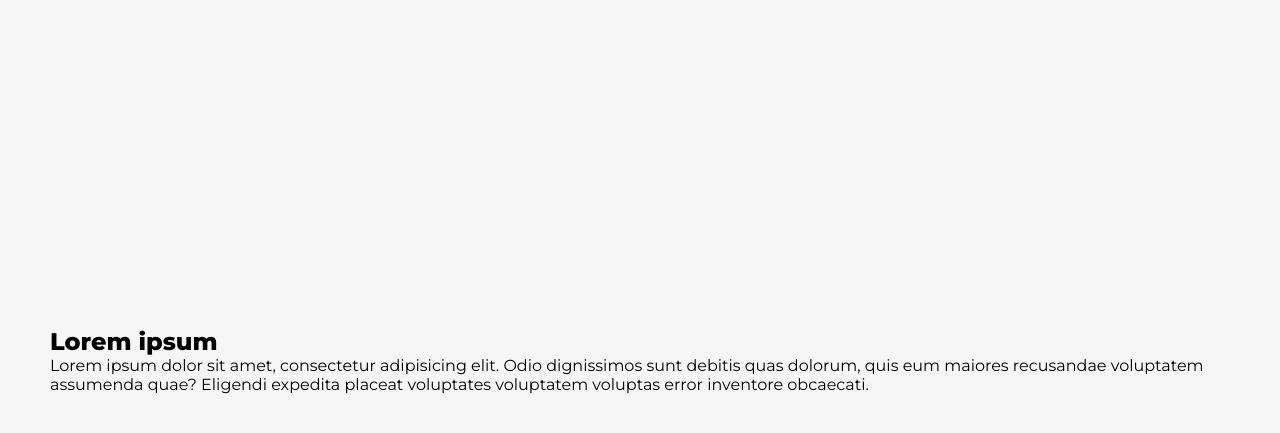
Repository: Trelefele/spacer-roman
Page: /
An editor plug-in stored every save of this project. The page is shown before and after the next save, followed by the edit.
The browser window is 1280 px wide. The pictures show the whole page.
The project was rebuilt for these pictures with package versions that can differ from the ones it lists, and the page was loaded fresh each time. Also part of the build but not shown: src/components/Item.vue.

Above is the page before, as saved 2019-02-06 21:56:45.

After the next save:
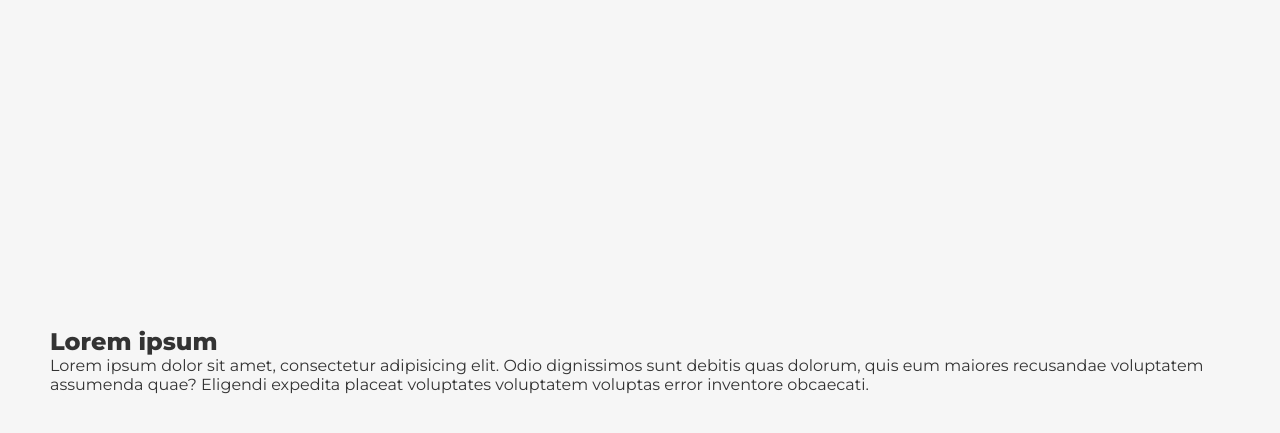
Saved 37 s later.
--- a/src/components/Modal.vue
+++ b/src/components/Modal.vue
@@ -46,5 +46,9 @@ export default {
         img{
             width: 100%;
         }
+
+        .description{
+            color: #333;
+        }
     }
 </style>
